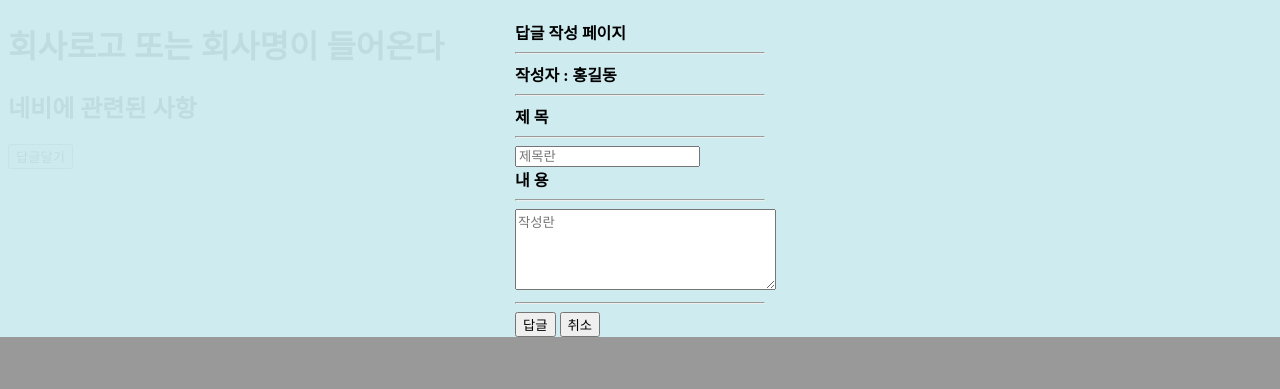
Repository: hangilyon/allJSPStudy
Page: javascript/ex22.html
These files come from the project's save history. The page is drawn as it stood at one moment and after the next save; the edit follows.
The browser window is 1280 px wide. The pictures show the whole page.

Above is the page before, as saved 2021-10-18 09:02:52.

After the next save:
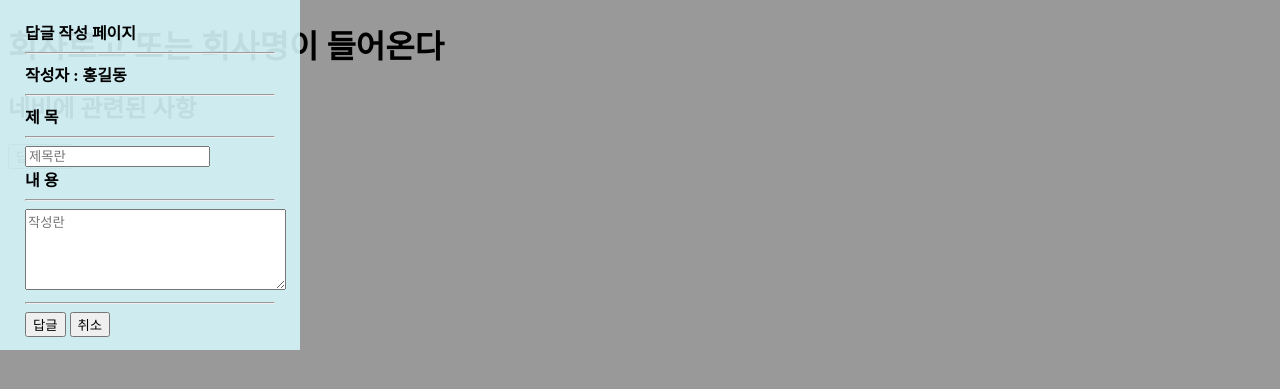
Saved 46 s later.
--- a/javascript/ex22.html
+++ b/javascript/ex22.html
@@ -27,6 +27,8 @@
 		right: 0;
 		z-index: 10;
 		background-color: rgba(212,244,250,0.9);
+		width: 300px;
+		height: 350px;
 	}
 </style>
 
